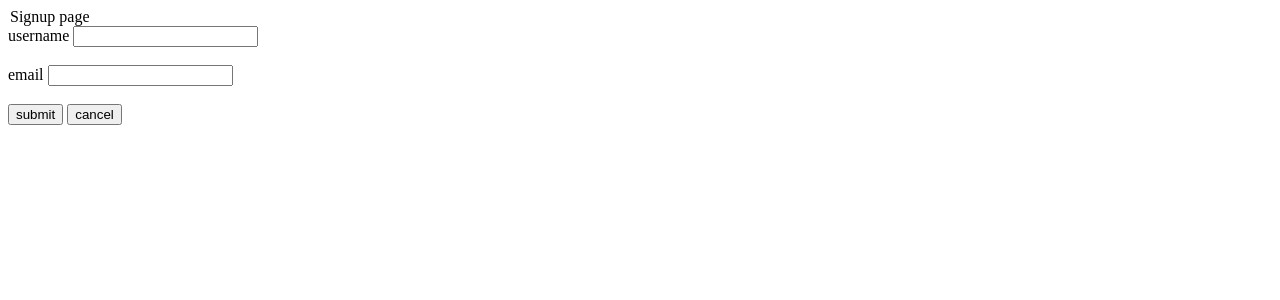
Repository: Altafalinadaf/SimpleProjects
Page: servletDemo6/src/main/webapp/index.html
The author's editor kept a copy of each file at every save. The page is drawn from the files as they stood at one save, then again after the next save.
The browser window is 1280 px wide. The pictures show the whole page.

Above is the page before, as saved 2023-10-31 04:50:03.

After the next save:
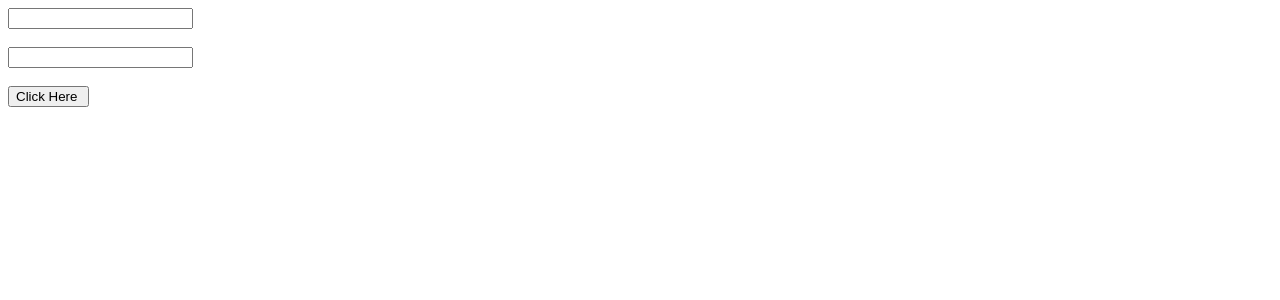
Saved 2 min 43 s later.
--- a/servletDemo6/src/main/webapp/index.html
+++ b/servletDemo6/src/main/webapp/index.html
@@ -8,16 +8,9 @@
 
 <body>
 	<form action="myform" method="post">
-		<legend> Signup page </legend>
-		<label for="username : ">username</label>
-
-		<input type="text" name="name"  /> <br/> <br/>
-
-		<label for="email id : ">email</label>
-		<input type="text" name="email" /> <br/> <br/>
-
-		<button>submit</button>
-		<button>cancel</button>
+		<input type="text" name="name" /> <br /> <br />
+		<input type="text" name="email" /> <br /> <br />
+		<input type="submit" value="Click Here " />
 
 	</form>
 
